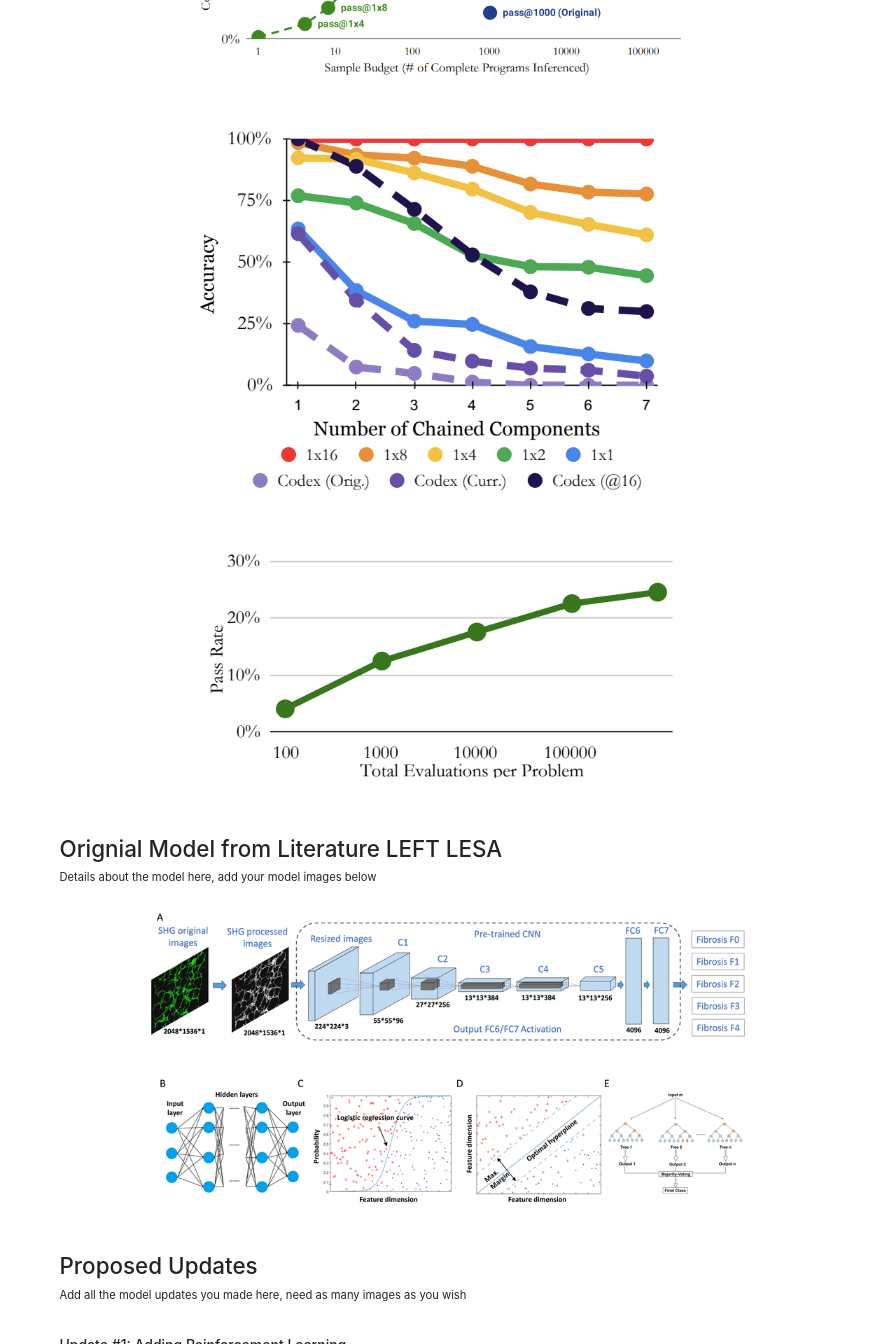
Repository: Shaalan-omar/ConcodePlus
Page: team-specific/index.html
An editor plug-in stored every save of this project. The page is shown before and after the next save, followed by the edit.
The browser window is 1280 px wide. The pictures show the part of the page from y = 4580 to 6500 px (the page is 8476 px tall before and 8500 px after), at 70% of full size.

Above is the page before, as saved 2023-05-14 01:22:49.

After the next save:
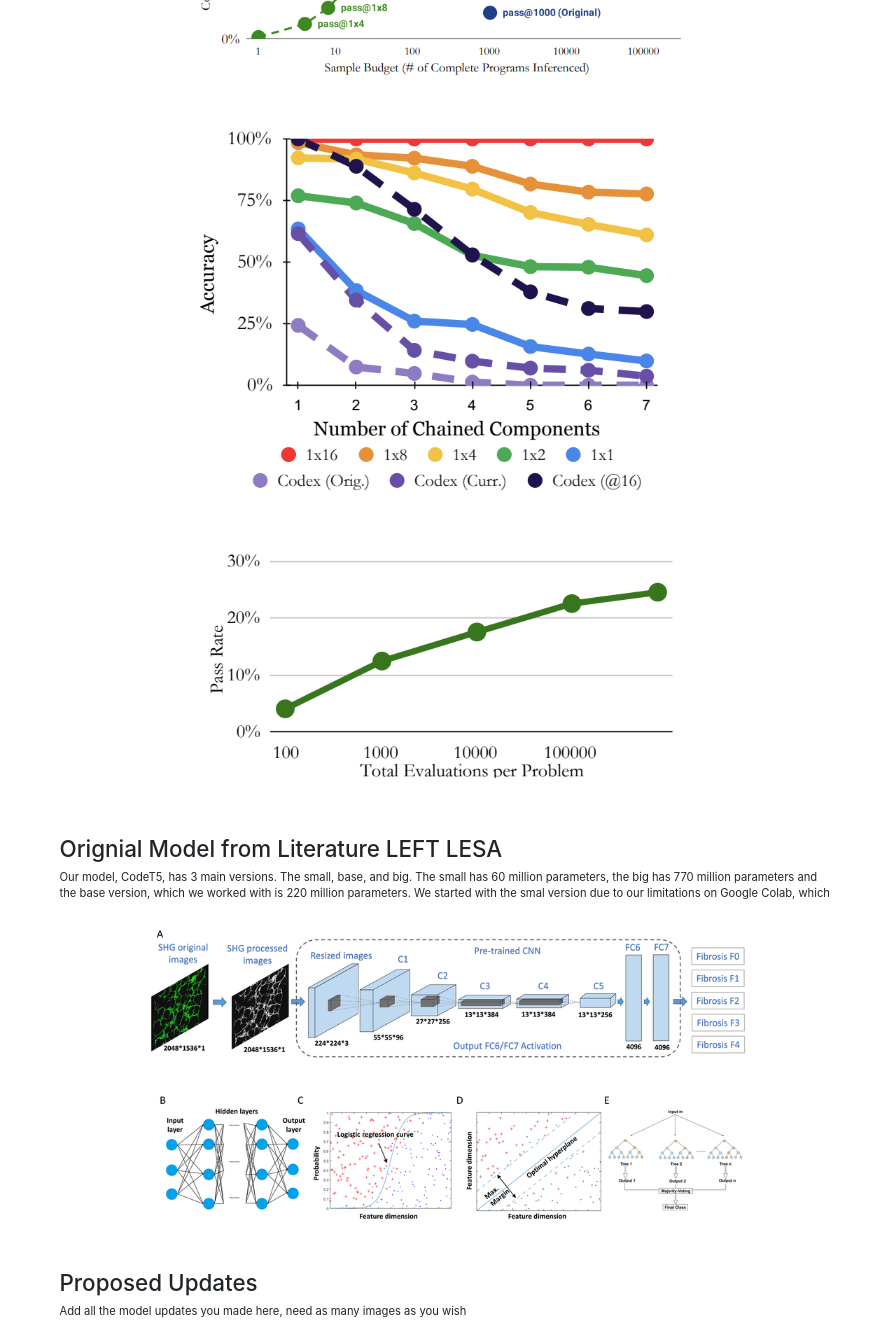
Saved 2 min 39 s later.
--- a/team-specific/index.html
+++ b/team-specific/index.html
@@ -191,7 +191,8 @@
         <h2 class="mt-5">Orignial Model from Literature LEFT LESA</h2>
 
         <p>
-			Details about the model here, add your model images below
+			Our model, CodeT5, has 3 main versions. The small, base, and big. The small has 60 million parameters, the big has 770 million parameters and the base version, which we worked with is 220 million parameters.
+      We started with the smal version due to our limitations on Google Colab, which
 		</p>
 
 		<br/> <!-- Empty Line before the image -->
